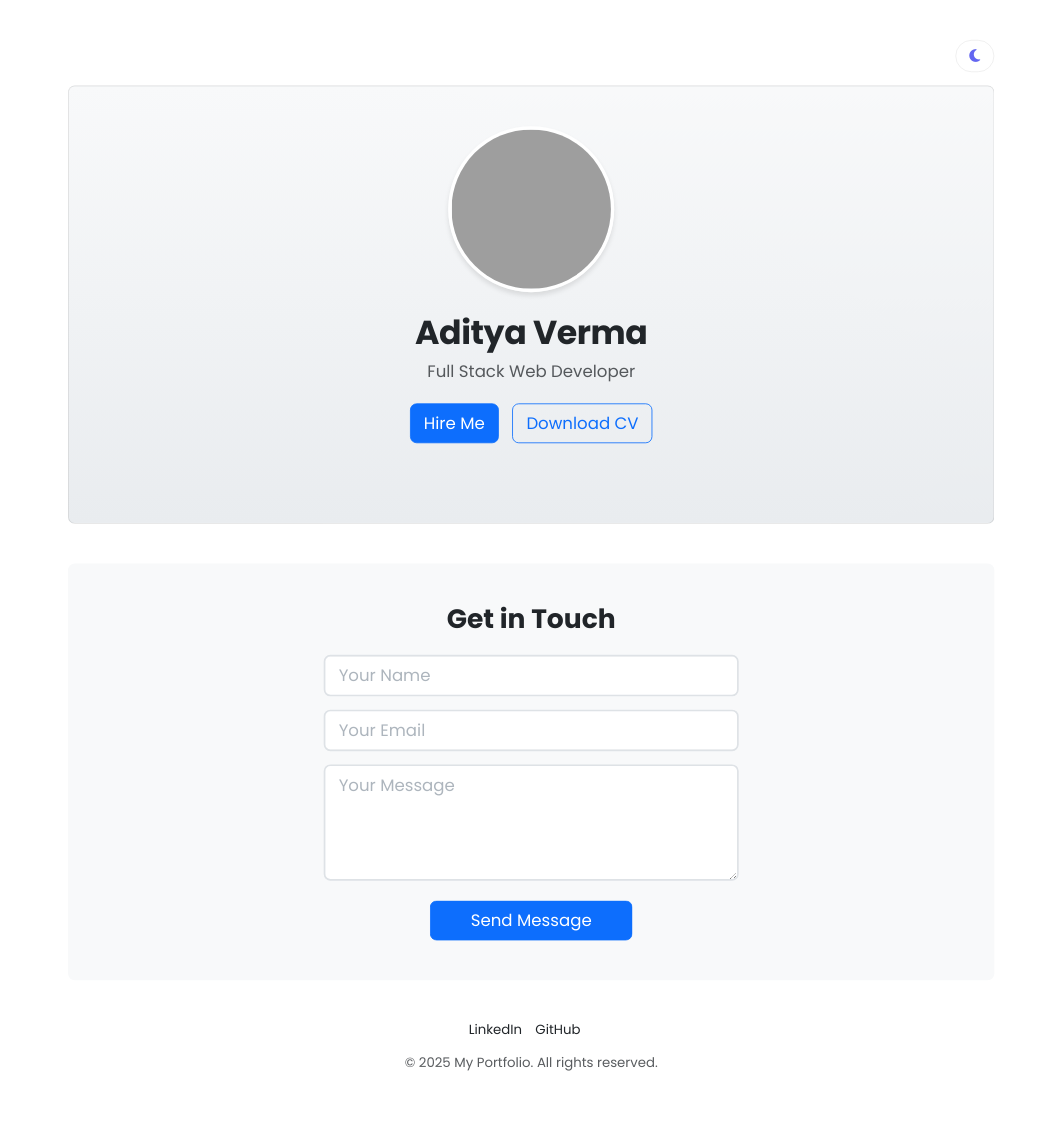
Repository: AdityaTech-Pro/FullStackWithBridgelabz
Page: Assignment10/Personal Portfolio Basics using Bootstrap Utilities/index.html
An editor plug-in stored every save of this project. The page is shown before and after a run of saves, followed by the edit.
The browser window is 1280 px wide. The pictures show the whole page, at 83% of full size.
Pictures or frames that could not be fetched are drawn as grey boxes.

Above is the page before, as saved 2025-11-10 11:33:51.

After the next 2 saves:
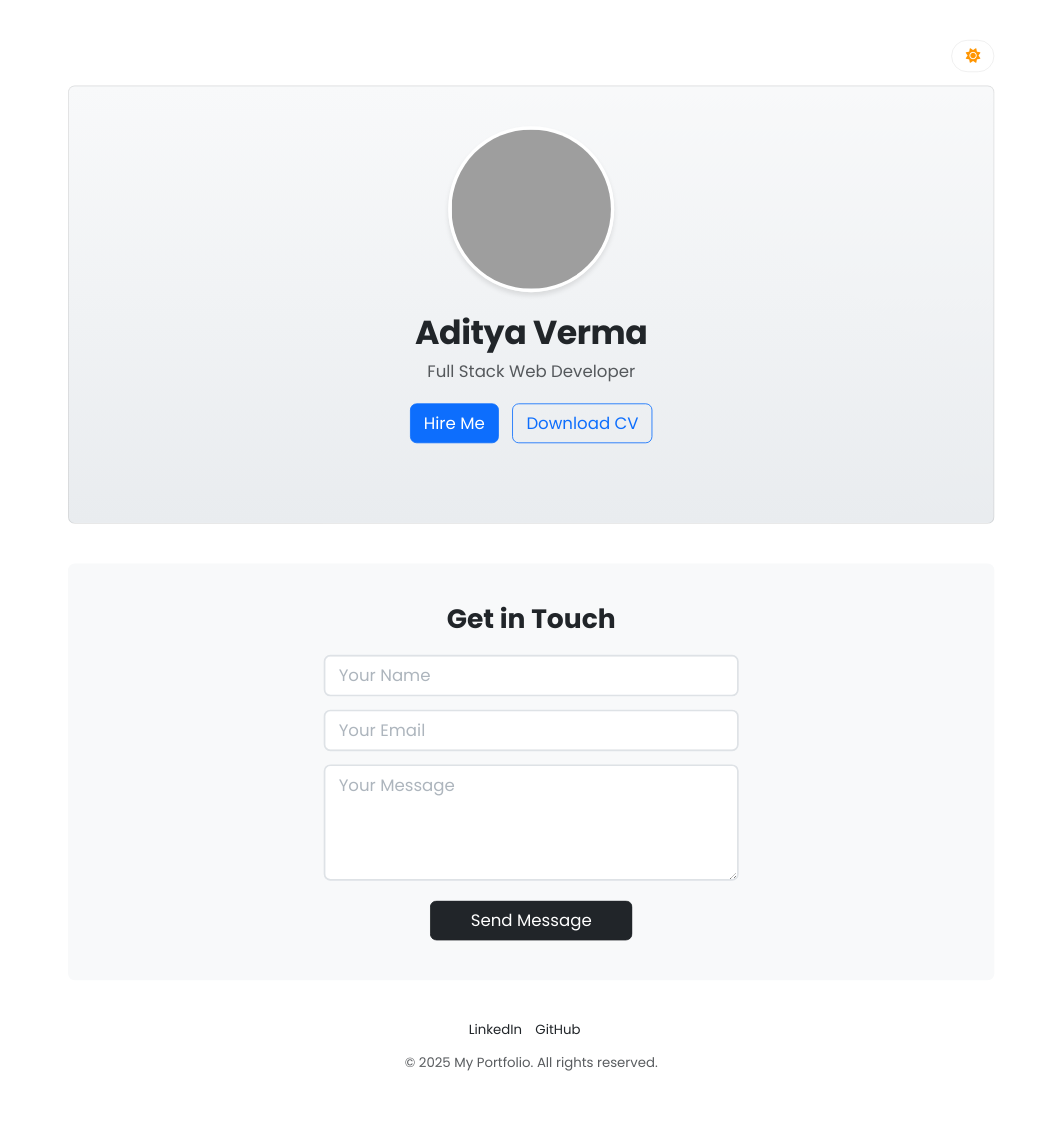
The 2 saves are shown as one change because they came seconds apart.
The last was saved 8 s later.
--- a/Assignment10/Personal Portfolio Basics using Bootstrap Utilities/index.html
+++ b/Assignment10/Personal Portfolio Basics using Bootstrap Utilities/index.html
@@ -210,7 +210,7 @@
                 </div>
 
                 <div class="text-center">
-                    <button type="submit" class="btn btn-primary btn-lg px-5 btn-custom">
+                    <button type="submit" class="btn btn-dark btn-lg px-5 btn-custom">
                         Send Message
                     </button>
                 </div>
@@ -230,48 +230,34 @@
 
     <!-- Theme toggle script -->
     <script>
-        function toggleTheme() {
-            const themeToggle = document.querySelector('.theme-toggle');
-            const sunIcon = themeToggle.querySelector('.fa-sun');
-            const moonIcon = themeToggle.querySelector('.fa-moon');
+        (function() {
+            const toggle = document.getElementById('themeToggle');
             const body = document.body;
-
-            // Toggle the icons
-            sunIcon.style.display = sunIcon.style.display === 'none' ? 'block' : 'none';
-            moonIcon.style.display = moonIcon.style.display === 'none' ? 'block' : 'none';
-
-            // Toggle the light/dark theme
-            const isDark = body.style.backgroundColor === 'var(--bg)';
-            if (isDark) {
-                body.style.backgroundColor = '#ffffff';
-                body.style.color = '#212529';
-                localStorage.setItem('theme', 'light');
-            } else {
-                body.style.backgroundColor = 'var(--bg)';
-                body.style.color = 'var(--text)';
-                localStorage.setItem('theme', 'dark');
-            }
-        }
-
-        // Set initial theme
-        document.addEventListener('DOMContentLoaded', function() {
-            const themeToggle = document.querySelector('.theme-toggle');
-            const sunIcon = themeToggle.querySelector('.fa-sun');
-            const moonIcon = themeToggle.querySelector('.fa-moon');
-            const savedTheme = localStorage.getItem('theme') || 'dark';
-
-            if (savedTheme === 'dark') {
-                document.body.style.backgroundColor = 'var(--bg)';
-                document.body.style.color = 'var(--text)';
-                sunIcon.style.display = 'none';
-                moonIcon.style.display = 'block';
-            } else {
-                document.body.style.backgroundColor = '#ffffff';
-                document.body.style.color = '#212529';
-                sunIcon.style.display = 'block';
-                moonIcon.style.display = 'none';
-            }
-        });
+            const saved = localStorage.getItem('theme');
+
+            function applyTheme(theme) {
+                if (theme === 'dark') {
+                    body.classList.add('dark-theme');
+                    toggle.setAttribute('aria-pressed', 'true');
+                } else {
+                    body.classList.remove('dark-theme');
+                    toggle.setAttribute('aria-pressed', 'false');
+                }
+            }
+
+            // initial theme: saved -> user preference -> light
+            if (saved) {
+                applyTheme(saved);
+            } else if (window.matchMedia && window.matchMedia('(prefers-color-scheme: dark)').matches) {
+                applyTheme('dark');
+            }
+
+            toggle.addEventListener('click', function() {
+                const isDark = body.classList.toggle('dark-theme');
+                localStorage.setItem('theme', isDark ? 'dark' : 'light');
+                toggle.setAttribute('aria-pressed', String(isDark));
+            });
+        })();
     </script>
 
     <!-- Bootstrap JS -->
